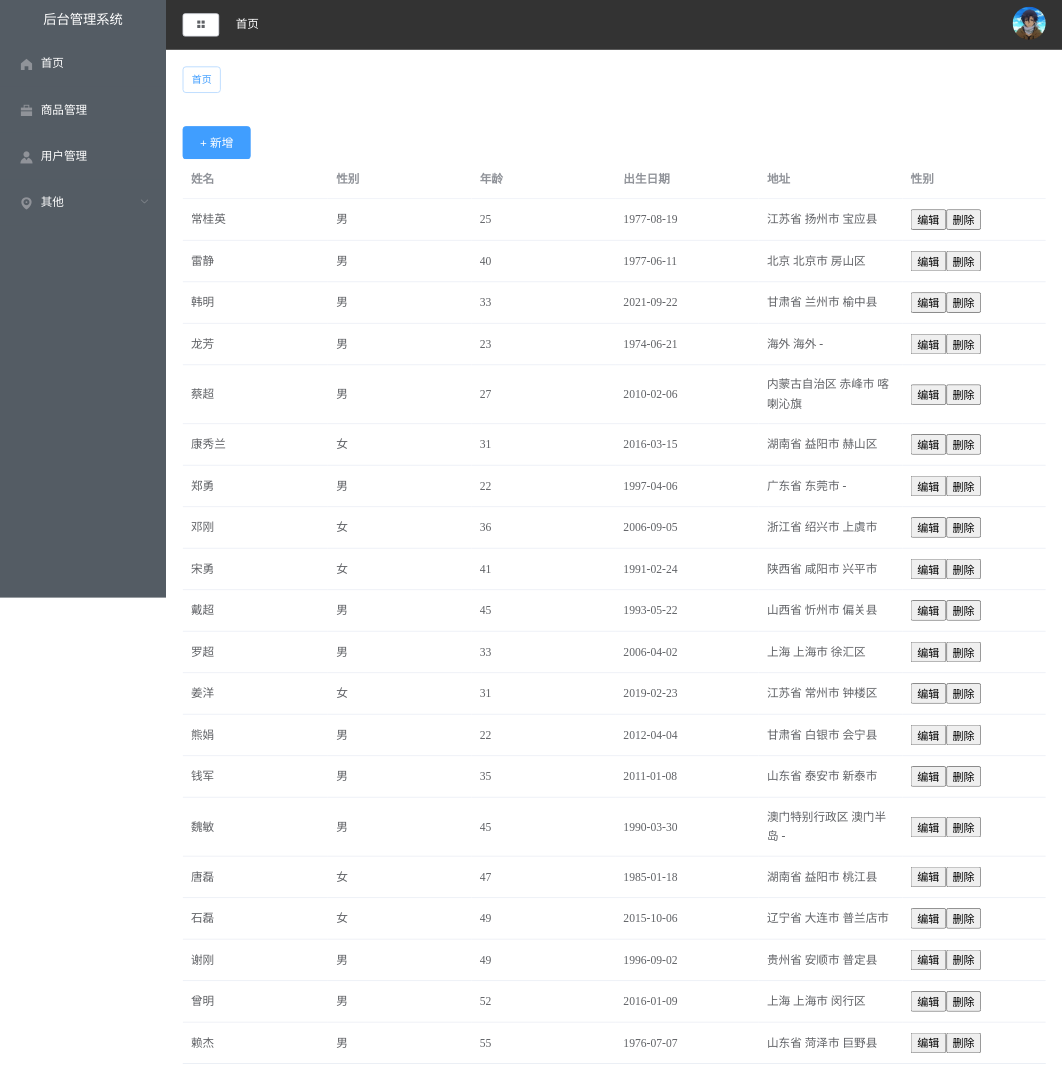
Repository: ldqml/ldqml.github.io
Page: /#/user
These files come from the project's save history. The page is drawn as it stood at one moment and after the next save; the edit follows.
The browser window is 1280 px wide. The pictures show the whole page, at 83% of full size.
The project was rebuilt for these pictures with package versions that can differ from the ones it lists, and the page was loaded fresh each time. Also part of the build but not shown: vue.config.js, src/views/Home.vue, src/views/Mall.vue, src/views/PageOne.vue, src/views/PageTwo.vue.

Above is the page before, as saved 2022-11-09 22:41:01.

### src/main.js
import Vue from 'vue'
import App from './App.vue'
import ElementUi from 'element-ui'
import 'element-ui/lib/theme-chalk/index.css'
import router from './router'
import store from './store'
import './api/mock'

Vue.use(ElementUi)
Vue.config.productionTip = false

new Vue({
  router,
  store,
  render: h => h(App),
}).$mount('#app')

### src/App.vue
<template>
  <div id="app">
    <!-- <el-row>
      <el-button disabled>默认按钮</el-button>
      <el-button type="primary" disabled>主要按钮</el-button>
      <el-button type="success" disabled>成功按钮</el-button>
      <el-button type="info" disabled>信息按钮</el-button>
      <el-button type="warning" disabled>警告按钮</el-button>
      <el-button type="danger" disabled>危险按钮</el-button>
    </el-row> -->
    <router-view></router-view>
  </div>
</template>

<script>
export default {
  name: "App",
  components: {},
};
</script>

<style lang="less">
html, body,h3,p{
  margin: 0;
  padding: 0;
}
</style>

### src/router/index.js
import Vue from 'vue'
import VueRouter from 'vue-router'
import User from '../views/User.vue'
import Home from '../views/Home.vue'
import Main from '../views/Main.vue'
import Mall from '../views/Mall.vue'
import PageOne from '../views/PageOne.vue'
import PageTwo from '../views/PageTwo.vue'

Vue.use(VueRouter)

const routes = [
    {
        path:'/',
        component:Main,
        redirect:'/home',
        children:[
            {
                path:'/',
                name:'home',
                component: Home
            },
            {
                path:'/user',
                name:'user',
                component: User
            },
            {
                path:'/mall',
                name:'mall',
                component: Mall
            },
            {
                path:'/page1',
                name:'page1',
                component: PageOne
            },
            {
                path:'/page2',
                name:'page2',
                component: PageTwo
            }
        ]
    }
]

const router = new VueRouter({
    routes
})

export default router

### src/store/index.js
import Vue from 'vue'
import Vuex from 'vuex'
import tab from './tab'

Vue.use(Vuex)

export default new Vuex.Store({
    modules:{
        tab
    }
})

### src/api/mock.js
import Mock from 'mockjs'
import homeApi from './mockServe/home'
import userApi from './mockServe/user'

Mock.mock('/api/home/getDate',homeApi.getStateDate)
Mock.mock('/api/user/add','post',userApi.createUser)
Mock.mock('/api/user/edit','post',userApi.updateUser)
Mock.mock('/api/user/del','post',userApi.deleteUser)
Mock.mock('/api/user/getUser',userApi.getUserList)

### src/views/User.vue
<template>
  <div class="manage">
    <el-dialog
      title="提示"
      :visible.sync="dialogVisible"
      width="35%"
      :before-close="handleClose"
    >
      <el-form
        ref="form"
        :rules="rules"
        :inline="true"
        :model="form"
        label-width="80px"
      >
        <el-form-item label="姓名" prop="name">
          <el-input placeholder="请输入姓名" v-model="form.name"></el-input>
        </el-form-item>
        <el-form-item label="年龄" prop="age">
          <el-input placeholder="请输入年龄" v-model="form.age"></el-input>
        </el-form-item>
        <el-form-item label="性别" prop="sex">
          <el-select v-model="form.sex" placeholder="请选择">
            <el-option label="男" value="1"></el-option>
            <el-option label="女" value="0"></el-option>
          </el-select>
        </el-form-item>
        <el-form-item label="出生日期" prop="birth">
          <el-col :span="11">
            <el-date-picker
              type="date"
              placeholder="选择日期"
              v-model="form.birth"
              style="width: 100%"
            ></el-date-picker>
          </el-col>
        </el-form-item>
        <el-form-item label="地址" prop="addr">
          <el-input placeholder="请输入地址" v-model="form.addr"></el-input>
        </el-form-item>
      </el-form>
      <span slot="footer" class="dialog-footer">
        <el-button @click="canc">取 消</el-button>
        <el-button type="primary" @click="submit">确 定</el-button>
      </span>
    </el-dialog>
    <div class="manage-header">
      <el-button @click="dialogVisible = true" type="primary">
        + 新增
      </el-button>
      <el-table :data="tableData" style="width: 100%">
        <el-table-column prop="name" label="姓名">
        </el-table-column>
        <el-table-column prop="sex" label="性别">
          <template slot-scope="scope">
            <span>
              {{scope.row.sex == 1 ? '男' : '女'}}
            </span>
          </template>
        </el-table-column>
        <el-table-column prop="age" label="年龄">
        </el-table-column>
        <el-table-column prop="birth" label="出生日期">
        </el-table-column>
        <el-table-column prop="addr" label="地址">
        </el-table-column>
        <el-table-column prop="sex" label="性别">
          <template slot-scope="scope">
            <button size='mini' @click="handleEdit(scope.row)">编辑</button>
            <button type="danger" size='mini' @click="handleDelete(scope.row)">删除</button>
          </template>
        </el-table-column>
      </el-table>
    </div>
  </div>
</template>
<script>
import {getUser} from '../api'
export default {
  data() {
    return {
      dialogVisible: false,
      form: {
        name: "",
        age: "",
        sex: "",
        birth: "",
        addr: "",
      },
      rules: {
        name: [{ required: true, message: "请输入姓名" }],
        age: [{ required: true, message: "请输入年龄" }],
        sex: [{ required: true, message: "请选择性别" }],
        birth: [{ required: true, message: "请选择生日" }],
        addr: [{ required: true, message: "请输入地址" }],
      },
      tableData: []
    };
  },
  methods: {
    submit() {
      this.$refs.form.validate((valid) => {
        if (valid) {
          this.$refs.form.resetFields();
          this.dialogVisible = false;
        }
      });
    },
    handleClose() {
      this.$refs.form.resetFields(), (this.dialogVisible = false);
    },
    canc() {
      this.handleClose();
    },
    handleEdit(row){

    },
    handleDelete(row){

    }
  },
  mounted(){
    getUser().then(({data}) =>{
      console.log(data)
      this.tableData = data.list;
    })
  }
};
</script>

### src/views/Main.vue
<template>
  <div>
    <el-container>
      <el-aside width="auto">
        <com-aside></com-aside>
      </el-aside>
      <el-container>
        <el-header>
          <com-header></com-header>
        </el-header>
        <common-tag></common-tag>
        <el-main>
            <router-view></router-view>
        </el-main>
      </el-container>
    </el-container>
  </div>
</template>
<script>
import ComAside from '../components/ComAside.vue'
import ComHeader from '../components/ComHeader.vue'
import CommonTag from '../components/CommonTag.vue'
export default {
  data() {
    return {}
  },
  components:{
    ComAside,
    ComHeader,
    CommonTag
  }
};
</script>

<style scoped>
.el-header{
  padding: 0;
}
</style>

### src/store/tab.js
export default{
    state:{
        isCollapse:false,
        tabsList:[
            {
                path: '/',
                name: 'home',
                label: '首页',
                icon: 's-home',
                url: 'Home/Home'
              }
        ]
    },
    mutations:{
        collapseMenu(state){
            state.isCollapse= !state.isCollapse
        },
        selectMenu(state,val){
            if(val.name !== 'home'){
                const index = state.tabsList.findIndex(item => item.name === val.name);
                if(index === -1){
                    state.tabsList.push(val)
                }
            }
        },
        closeTag(state,item){
            console.log(item,'item')
            const index = state.tabsList.findIndex(val => val.name === item.name)
            state.tabsList.splice(index,1)
        }
    }
}

### src/api/mockServe/home.js
import Mock from 'mockjs'

let List = []
export default {
    getStateDate:()=>{
        for(let i=0; i<7;i++){
            List.push(
                Mock.mock({
                    苹果:Mock.Random.float(100,8000,0,0),
                    vivo:Mock.Random.float(100,8000,0,0),
                    OPPO:Mock.Random.float(100,8000,0,0),
                    华为:Mock.Random.float(100,8000,0,0),
                    三星:Mock.Random.float(100,8000,0,0),
                    小米:Mock.Random.float(100,8000,0,0)
                })
            )
        }
        return {
            code:20000,
            data:{
                videData:[
                    {
                        name:'小米',
                        value:2999
                    },
                    {
                        name:'苹果',
                        value:2000
                    },
                    {
                        name:'vivo',
                        value:1699
                    },
                    {
                        name:'OPPO',
                        value:4999
                    },
                    {
                        name:'华为',
                        value:3699
                    },
                    {
                        name:'三星',
                        value:2499
                    }
                ],
                userData:[
                    {
                        date:'周一',
                        new:5,
                        active:200
                    },
                    {
                        date:'周二',
                        new:5,
                        active:500
                    },
                    {
                        date:'周三',
                        new:20,
                        active:550
                    },
                    {
                        date:'周四',
                        new:66,
                        active:600
                    },
                    {
                        date:'周五',
                        new:20,
                        active:100
                    },
                    {
                        date:'周六',
                        new:65,
                        active:400
                    },
                    {
                        date:'周日',
                        new:10,
                        active:300
                    }
                ],
                orderData:{
                    date:[],
                    data:List
                },
                tableData:[
                    {
                        name:'vivo',
                        todayBuy:200,
                        monthBuy:550,
                        totalBuy:22400
                    },
                    {
                        name:'OPPO',
                        todayBuy:300,
                        monthBuy:250,
                        totalBuy:29400
                    },
                    {
                        name:'苹果',
                        todayBuy:100,
                        monthBuy:150,
                        totalBuy:42400
                    },
                    {
                        name:'三星',
                        todayBuy:400,
                        monthBuy:450,
                        totalBuy:12400
                    },
                    {
                        name:'华为',
                        todayBuy:400,
                        monthBuy:650,
                        totalBuy:32400
                    },
                    {
                        name:'小米',
                        todayBuy:300,
                        monthBuy:450,
                        totalBuy:62400
                    }
                ]
            }
        }
    }
}

### src/api/mockServe/user.js
import Mock from "mockjs";

function param2Obj(url){
    const search = url.split('?')[1]
    if(!search){
        return {}
    }
    return JSON.parse(
        '{"'+
        decodeURIComponent(search)
        .replace(/"/g, '\\"')
        .replace(/&/g,'","')
        .replace(/=/g,'";"') +
        '}"'
    )
}

let List = []
const count = 200
for(let i = 0; i < count; i++){
    List.push(
        Mock.mock({
            id:Mock.Random.guid(),
            name:Mock.Random.cname(),
            addr:Mock.mock('@county(true)'),
            'age|18-60':1,
            birth:Mock.Random.date(),
            sex:Mock.Random.integer(0,1)
        })
    )
}

export default {
    getUserList: config =>{
        const {name,page =1,limit =20} = param2Obj(config.url)
        console.log('name:'+name,'page:'+page,'分页大小limit:' +limit)
        const mockList = List.filter(user=>{
            if(name&&user.name.indexOf(name)===-1&&user.addr.indexOf(name)===-1) return false
            return true
        })
        const pageList =mockList.filter((item,index)=>index<limit*page&&index>=limit*(page-1))
        return{
            code:20000,
            count:mockList.length,
            list:pageList
        }
    },
    createUser:config=>{
        const {name,addr,age,birth,sex} = JSON.parse(config.body)
        console.log(JSON.parse(config.body))
        List.unshift({
            id:Mock.Random.guid(),
            name:name,
            addr:addr,
            age:age,
            birth:birth,
            sex:sex
        })
        return{
            code:20000,
            date:{
                message:'添加成功'
            }
        }
    },
    deleteUser:config=>{
        const {id} = JSON.parse(config.body)
        if(!id){
            return{
                code:-999,
                message:'参数不正确'
            }
        }else{
            List= List.filter(u => u.id !== id)
            return{
                code:20000,
                message:'删除成功'
            }
        }
    },
    batchremove:config=>{
        let {ids} = param2Obj(config.url)
        ids = ids.split(',')
        List = List.filter(u => !ids.includes(u.id))
        return{
            code:20000,
            data:{
                message:'批量删除成功'
            }
        }
    },
    updateUser:config=>{
        const {id,name,addr,birth,sex,age} = JSON.parse(config.body)
        const sex_num = parseInt(sex)
        List.some(u =>{
            if(u.id === id){
                u.name = name
                u.addr = addr
                u.birth = birth
                u.sex = sex_num
                u.age = age
                return true
            }
        })
        return{
            code:20000,
            data:{
                message:'编辑成功'
            }
        }
    }
}

### src/api/index.js
import http from './request'

export const getDate =() =>{
    return http.get('/home/getDate')
}

export const getUser =(params) =>{
    return http.get('/user/getUser',params)
}

export const addUser =(data) =>{
    return http.post('/user/add',data)
}

export const editUser =(data) =>{
    return http.post('/user/edit',data)
}

export const delUser =(data) =>{
    return http.post('/user/del',data)
}

### src/components/ComAside.vue
<template>
  <el-menu
    default-active="1-4-1"
    class="el-menu-vertical-demo"
    @open="handleOpen"
    @close="handleClose"
    :collapse="isCollapse"
    background-color="#545c64"
    text-color="#fff"
    active-text-color="#ffd04b"
  >
    <h3>{{isCollapse ? '后台' : '后台管理系统'}}</h3>
    <el-menu-item @click="toPage(item)" v-for="item in noChildren" :key='item.name' :index="item.name">
      <i :class="`el-icon-${item.icon}`"></i>
      <span slot="title">{{item.label}}</span>
    </el-menu-item>
    <el-submenu v-for="item in hasChildren" :key="item.label" :index="item.label">
      <template slot="title">
        <i class="el-icon-location"></i>
        <span slot="title">{{item.label}}</span>
      </template>
      <el-menu-item-group>
        <el-menu-item @click="toPage(subitem)" v-for="subitem in item.children" :key="subitem.name" :index="subitem.name">{{subitem.label}}</el-menu-item>
      </el-menu-item-group>
    </el-submenu>
  </el-menu>
</template>

<style lang="less" scoped>
.el-menu-vertical-demo:not(.el-menu--collapse) {
  width: 200px;
  min-height: 400px;
}
.el-menu{
  height: 100vh;
  h3{
    color: #fff;
    text-align: center;
    line-height: 48px;
    font-size: 16px;
    font-weight: 400;
  }
}
</style>

<script>
export default {
  data() {
    return {
      menuDate:[
        {
          path: '/',
          name: 'home',
          label: '首页',
          icon: 's-home',
          url: 'Home/Home'
        },
        {
          path: '/mall',
          name: 'mall',
          label: '商品管理',
          icon: 's-cooperation',
          url: 'MallManage/MallManage'
        },
        {
          path: '/user',
          name: 'user',
          label: '用户管理',
          icon: 's-custom',
          url: 'UserManage/UserManage'
        },
        {
          label: '其他',
          icon: 'location',
          children: [
            {
              path: '/page1',
              name: 'page1',
              label: '首页1',
              icon: 'setting',
              url: 'Other/PageOne'
            },
            {
              path: '/page2',
              name: 'page2',
              label: '首页2',
              icon: 'setting',
              url: 'Other/PageTwo'
            }
          ]
        }
      ]
    };
  },
  methods: {
    handleOpen(key, keyPath) {
      console.log(key, keyPath);
    },
    handleClose(key, keyPath) {
      console.log(key, keyPath);
    },
    toPage(item){
      if(this.$route.path != item.path && !(this.$route.path === '/home' && (item.path === '/'))){
        this.$router.push(item.path)
      }
      this.$store.commit('selectMenu',item)
    }
  },
  computed:{
    noChildren(){
        return this.menuDate.filter(item => !item.children)
    },
    hasChildren(){
        return this.menuDate.filter(item => item.children)
    },
    isCollapse(){
      return this.$store.state.tab.isCollapse
    }
  }
};
</script>

<style lang="less" scoped>
.el-menu{
  border-right: none;
}
</style>

### src/components/ComHeader.vue
<template>
  <div class="header-container">
    <div class="l-content">
      <el-button style="margin-right:20px" @click="handMenu" icon="el-icon-menu" size="mini"></el-button>
      <el-breadcrumb separator="/">
        <el-breadcrumb-item v-for="item in tags" :key="item.path" :to="{ path: item.path }">{{item.label}}</el-breadcrumb-item>
      </el-breadcrumb>
    </div>
    <div class="r-content">
      <el-dropdown>
        <span class="el-dropdown-link">
          <img class="user" src="../images/1.jpeg" alt="" />
        </span>
        <el-dropdown-menu slot="dropdown">
          <el-dropdown-item>个人中心</el-dropdown-item>
          <el-dropdown-item>退出</el-dropdown-item>
        </el-dropdown-menu>
      </el-dropdown>
    </div>
  </div>
</template>
<script>
import {mapState} from 'vuex'
export default {
  data() {
    return {};
  },
  methods: {
    handMenu() {
      this.$store.commit("collapseMenu");
    },
  },
  computed:{
    ...mapState({
      tags:state=>state.tab.tabsList
    })
  }
};
</script>

<style lang="less" scoped>
.header-container {
  padding: 0 20px;
  background-color: #333;
  height: 60px;
  display: flex;
  justify-content: space-between;
  align-items: center;
  .text {
    color: #fff;
    font-size: 14px;
    margin-left: 10px;
  }
  .r-content {
    .user {
      width: 40px;
      height: 40px;
      border-radius: 50%;
    }
  }
  .l-content {
    display: flex;
    align-items: center;
    /deep/.el-breadcrumb__item{
      .el-breadcrumb__inner{
        font-weight: normal;
        &.is-link{
          color: #666;
        }
      }
      &:last-child{
        .el-breadcrumb__inner{
          color: #fff;
        }
      }
    }
  }
}
</style>

### src/components/CommonTag.vue
<template>
  <div class="tabs">
    <el-tag
      v-for="(item,index) in tags"
      :key="item.path"
      :closable="item.name !== 'home'"
      :type="item.type"
      :effect="$route.name === item.name ? 'dark' : 'plain'"
      @click="changMenu(item)"
      @close="handleClose(item,index)"
    >
      {{ item.label }}
    </el-tag>
  </div>
</template>

<script>
import {mapState} from 'vuex'
import {mapMutations} from 'vuex'
export default {
    name:'ComTag',
    data() {
        return {

        }
    },
    computed:{
        ...mapState({
            tags:state=>state.tab.tabsList
        })
    },
    methods:{
      ...mapMutations(['closeTag']),
      changMenu(item){
        this.$router.push({name:item.name})
      },
      handleClose(item,index){
        this.closeTag(item)
        const length = this.tags.length
        if(item.name !== this.$route.name){
          return
        }
        if(index == length){
          this.$router.push({
            name:this.tags[index-1].name
          })
        }else{
          this.$router.push({
            name:this.tags[index].name
          })
        }
      }
    }
}
</script>

<style lang="less" scoped>
.tabs{
  padding: 20px;
  .el-tag{
    margin-right: 15px;
    cursor: pointer;
  }
}
</style>

### src/api/request.js
import axios from "axios";

const http = axios.create({
    baseURL:'/api',
    timeout:5000
})

http.interceptors.request.use(function(config){
    return config
},function(error){
    return Promise.reject(error)
})

http.interceptors.response.use(function(response){
    return response
},function(error){
    return Promise.reject(error)
})
export default http

Loaded but not shown: public/index.html (common file)

After the next save:
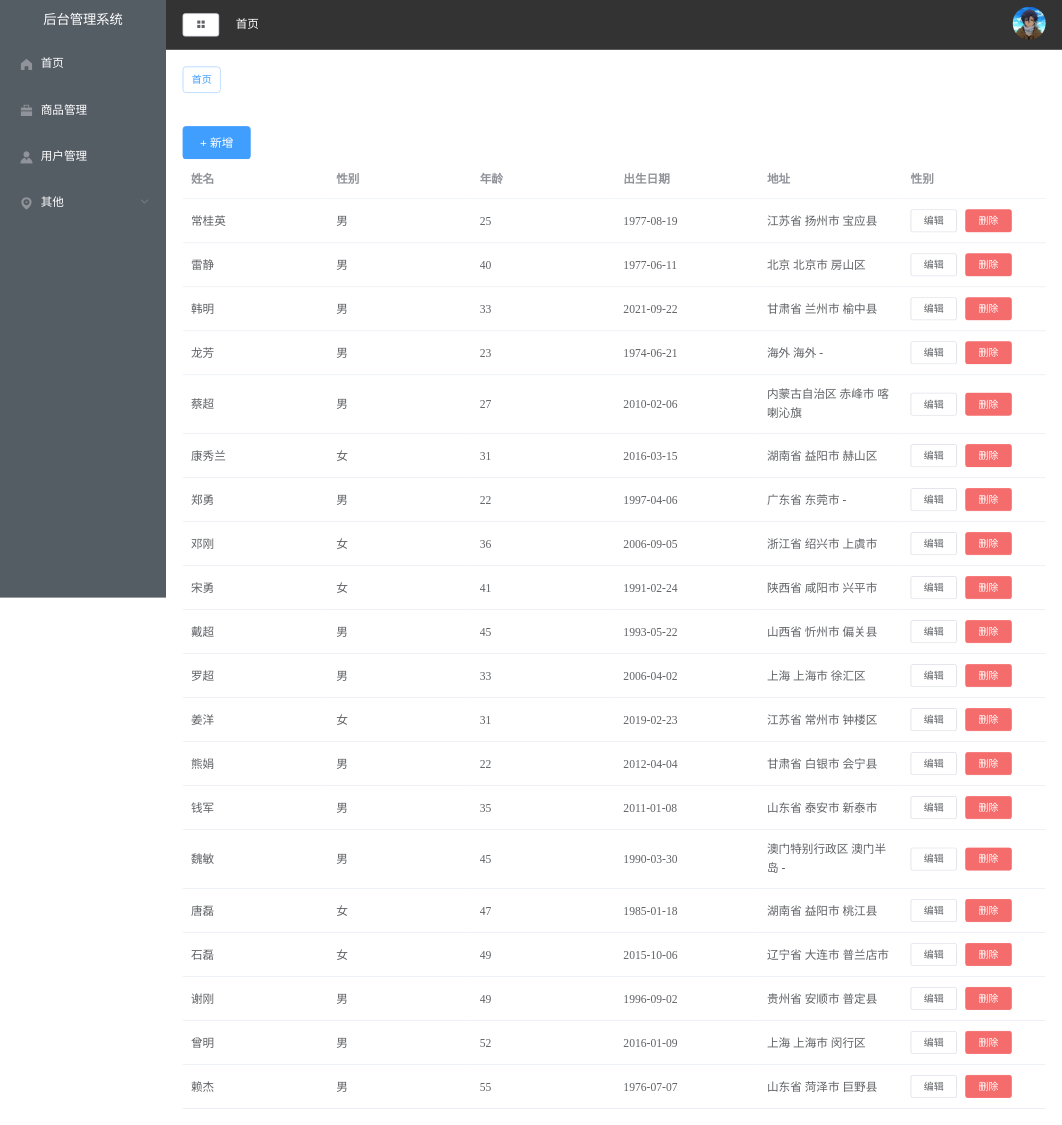
Saved 75 s later.
--- a/src/views/User.vue
+++ b/src/views/User.vue
@@ -66,8 +66,8 @@
         </el-table-column>
         <el-table-column prop="sex" label="性别">
           <template slot-scope="scope">
-            <button size='mini' @click="handleEdit(scope.row)">编辑</button>
-            <button type="danger" size='mini' @click="handleDelete(scope.row)">删除</button>
+            <el-button size='mini' @click="handleEdit(scope.row)">编辑</el-button>
+            <el-button type="danger" size='mini' @click="handleDelete(scope.row)">删除</el-button>
           </template>
         </el-table-column>
       </el-table>
